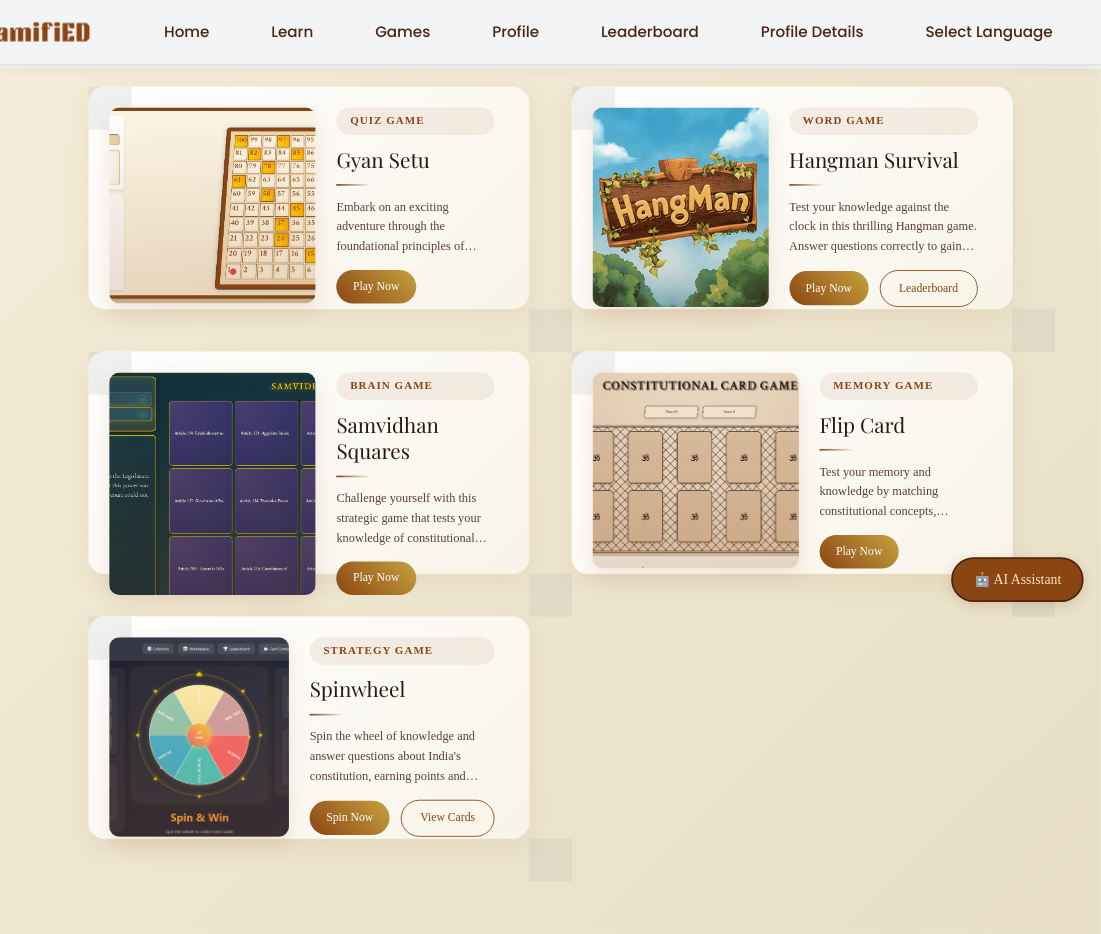
Repository: Team-4i/iks
Page: users/templates/users/game_library.html
The author's editor kept a copy of each file at every save. The page is drawn from the files as they stood at one save, then again after the next save.
The browser window is 1280 px wide. The pictures show the whole page, at 86% of full size.
Pictures or frames that could not be fetched are drawn as grey boxes. Some web fonts or font styles are not loaded; a fallback is used. Some web libraries are served in a nearby version. The template is drawn by Django 5.2. The application's start-up code is not run. Other server files are loaded and not shown. The template is opened directly, without the code that normally fills it, so the values that code supplies are empty.

Above is the page before, as saved 2025-04-18 23:11:32.

### users/templates/users/game_library.html
{% extends 'base.html' %}
{% load static %}

{% block content %}
<link rel="stylesheet" href="{% static 'css/game1.css' %}">
<div class="game-library">
    <div class="scroll-decoration top"></div>

    <div class="game-grid">
        <!-- Samvidhan Setu (Snake and Ladder) -->
        <div class="game-card">
            <div class="corner-flourish"></div>
            <div class="game-image">
                <img src="{% static 'images/snake_ladder.png' %}" alt="Samvidhan Setu Game">
                <div class="image-overlay"></div>
            </div>
            <div class="game-content">
                <span class="game-type">Quiz Game</span>
                <h3>Gyan Setu</h3>
                <div class="decorative-line"></div>
                <p>Embark on an exciting adventure through the foundational principles of India's Constitution with this unique twist on the classic Snake and Ladder game.</p>

                <div class="game-footer">
                    <a href="{% url 'snake_ladder:snake_ladder_intro' %}" class="play-btn">Play Now</a>
                </div>            </div>

            <div class="corner-flourish"></div>
        </div>

        <!-- Hangman Survival Game -->
        <div class="game-card">
            <div class="corner-flourish"></div>
            <div class="game-image">
                <img src="{% static 'images/hangman.jpg' %}" alt="Hangman Survival Game">
                <div class="image-overlay"></div>
            </div>
            <div class="game-content">
                <span class="game-type">Word Game</span>
                <h3>Hangman Survival</h3>
                <div class="decorative-line"></div>
                <p>Test your knowledge against the clock in this thrilling Hangman game. Answer questions correctly to gain time and survive as long as possible!</p>
                <div class="game-footer">
                    <a href="{% url 'hang:start_page' %}" class="play-btn">Play Now</a>
                    <a href="{% url 'hang:leaderboard' %}" class="play-btn">Leaderboard</a>
                </div>
            </div>

            <div class="corner-flourish"></div>
        </div>

        <!-- Samvidhan Squares -->
        <div class="game-card">
            <div class="corner-flourish"></div>
            <div class="game-image">
                <img src="{% static 'images/samvidhan_setu.png' %}" alt="Samvidhan Squares">
                <div class="image-overlay"></div>
            </div>
            <div class="game-content">
                <span class="game-type">Brain Game</span>
                <h3>Samvidhan Squares</h3>
                <div class="decorative-line"></div>
                <p>Challenge yourself with this strategic game that tests your knowledge of constitutional principles while competing to complete squares.</p>
                <div class="game-footer">
                    <a href="{% url 'housie_consti:housie_intro' %}" class="play-btn">Play Now</a>
                </div>
            </div>

            <div class="corner-flourish"></div>
        </div>

        <!-- Flip Card Game -->
        <div class="game-card">
            <div class="corner-flourish"></div>
            <div class="game-image">
                <img src="{% static 'images/memory.png' %}" alt="Flip Card Game">
                <div class="image-overlay"></div>
            </div>
            <div class="game-content">
                <span class="game-type">Memory Game</span>
                <h3>Flip Card</h3>
                <div class="decorative-line"></div>
                <p>Test your memory and knowledge by matching constitutional concepts, articles, and historical events in this engaging flip card challenge.</p>
                <div class="game-footer">
                    <a href="{% url 'flip_card:start_page' %}" class="play-btn">Play Now</a>
                </div>
            </div>

            <div class="corner-flourish"></div>
        </div>

        <!-- Spinwheel Game -->
        <div class="game-card">
            <div class="corner-flourish"></div>
            <div class="game-image">
                <img src="{% static 'images/spinwheel.png' %}" alt="Spinwheel Game">
                <div class="image-overlay"></div>
            </div>
            <div class="game-content">
                <span class="game-type">Strategy Game</span>
                <h3>Spinwheel</h3>
                <div class="decorative-line"></div>
                <p>Spin the wheel of knowledge and answer questions about India's constitution, earning points and unlocking new categories as you progress.</p>
                <div class="game-footer">
                    <a href="{% url 'spinwheel:spinwheel_intro' %}" class="play-btn">Spin Now</a>
                    <a href="{% url 'spinwheel:collection' %}" class="play-btn">View Cards</a>
                </div>
            </div>

            <div class="corner-flourish"></div>
        </div>
    </div>

    <div class="scroll-decoration bottom"></div>
</div>
{% endblock %}

### users/static/css/game1.css
.game-library {
    min-height: 100vh;
    padding: 100px 8% 60px;
    background: linear-gradient(135deg, #F4ECD8 0%, #E8DFC6 100%);
    position: relative;
    overflow-y: auto;
    overflow-x: hidden;
}



.game-grid {
    display: grid;
    grid-template-columns: repeat(2, 1fr);
    gap: 3rem;
    max-width: 1500px;
    margin-top: -5rem;
    height: auto;
    padding-bottom: 50px;
}

.game-card {
    display: grid;
    grid-template-columns: 1.2fr 1fr;
    gap: 2rem;
    background: linear-gradient(135deg, #FFFFFF 0%, #F8F4E9 100%);
    border-radius: 20px;
    padding: 1.5rem;
    position: relative;
    height: 280px;
    border: 1px solid rgba(198, 162, 63, 0.15);
    box-shadow: 0 10px 30px rgba(139, 69, 19, 0.08);
}

.corner-flourish {
    position: absolute;
    width: 50px;
    height: 50px;
    background-image: url('../images/corner-flourish.png');
    background-size: contain;
    opacity: 0.15;
    transition: all 0.4s ease;
}

.corner-flourish:nth-child(1) {
    top: 0;
    left: 0;
    transform-origin: top left;
}

.corner-flourish:nth-child(4) {
    bottom: 0;
    right: 0;
    transform: rotate(180deg);
    transform-origin: bottom right;
}

.game-image {
    height: 100%;
    border-radius: 12px;
    overflow: hidden;
    position: relative;
    box-shadow: 0 8px 25px rgba(139, 69, 19, 0.12);
}

.game-image img {
    width: 100%;
    height: 100%;
    object-fit: cover;
    transition: transform 0.6s cubic-bezier(0.4, 0, 0.2, 1);
}

.image-overlay {
    position: absolute;
    inset: 0;
    background: linear-gradient(
        to bottom,
        transparent 0%,
        rgba(139, 69, 19, 0.2) 100%
    );
    transition: opacity 0.3s ease;
}

.game-content {
    display: flex;
    flex-direction: column;
    height: 100%;
    padding-right: 1rem;
}

.content-top {
    flex: 1;
}

.game-type {
    display: inline-block;
    font-size: 0.8rem;
    color: #8B4513;
    font-weight: 600;
    letter-spacing: 1.2px;
    text-transform: uppercase;
    padding: 0.4rem 1rem;
    background: rgba(139, 69, 19, 0.08);
    border-radius: 30px;
    margin-bottom: 0.8rem;
}

.game-card h3 {
    font-family: 'Playfair Display', serif;
    font-size: 1.5rem;
    color: #2C1810;
    margin-bottom: 0.8rem;
    line-height: 1.3;
}

.decorative-line {
    width: 40px;
    height: 2px;
    background: linear-gradient(to right, #8B4513, transparent);
    margin-bottom: 0.8rem;
}

.game-card p {
    color: #5D4037;
    line-height: 1.6;
    font-size: 0.9rem;
    display: -webkit-box;
    -webkit-line-clamp: 3;
    -webkit-box-orient: vertical;
    overflow: hidden;
    margin-bottom: 1rem;
}

.game-footer {
    margin-top: auto;
    display: flex;
    gap: 1rem;
    align-items: center;
    align-self: flex-start;
}

.play-btn {
    background: linear-gradient(45deg, #8B4513, #C6A23F);
    color: #fff;
    padding: 0.7rem 1.4rem;
    border-radius: 30px;
    text-decoration: none;
    font-weight: 500;
    font-size: 0.9rem;
    transition: all 0.3s cubic-bezier(0.4, 0, 0.2, 1);
    border: none;
    display: inline-flex;
    align-items: center;
    gap: 0.5rem;
    white-space: nowrap;
}

.play-btn:nth-child(2) {
    background: transparent;
    color: #8B4513;
    border: 1px solid #8B4513;
    padding: 0.65rem 1.35rem;
}

.play-btn:nth-child(2):hover {
    background: rgba(139, 69, 19, 0.1);
    transform: translateY(-3px);
    box-shadow: 0 6px 15px rgba(139, 69, 19, 0.1);
}

.play-btn:hover {
    transform: translateY(-3px);
    box-shadow: 0 8px 20px rgba(139, 69, 19, 0.2);
}

.play-btn:hover::before {
    opacity: 1;
}

.game-card:hover {
    transform: translateY(-5px) rotateX(2deg);
    box-shadow: 0 15px 35px rgba(139, 69, 19, 0.15);
    border-color: rgba(139, 69, 19, 0.25);
}

.game-card:hover .game-image img {
    transform: scale(1.08);
}

.game-card:hover .corner-flourish {
    opacity: 0.3;
    transform: scale(1.1);
}

.game-card:hover .corner-flourish:nth-child(4) {
    transform: rotate(180deg) scale(1.1);
}

@media (max-width: 1400px) {
    .game-card {
        height: 260px;
        gap: 1.5rem;
    }

    .game-footer {
        gap: 0.8rem;
    }

    .play-btn {
        padding: 0.6rem 1.2rem;
        font-size: 0.85rem;
    }
}

@media (max-width: 1200px) {
    .game-card {
        height: 240px;
        grid-template-columns: 1fr 1fr;
        gap: 1.5rem;
    }

    .game-type {
        font-size: 0.75rem;
        padding: 0.3rem 0.8rem;
    }

    .game-card h3 {
        font-size: 1.3rem;
        margin-bottom: 0.6rem;
    }

    .game-card p {
        font-size: 0.85rem;
        -webkit-line-clamp: 2;
    }

    .game-content {
        padding-right: 0.5rem;
    }
}

@media (max-width: 992px) {
    .game-grid {
        gap: 1.5rem;
    }

    .game-footer {
        flex-wrap: nowrap;
        gap: 0.8rem;
    }

    .play-btn {
        flex: 1;
        justify-content: center;
        min-width: 120px;
    }
}

@media (max-width: 768px) {
    .game-grid {
        grid-template-columns: 1fr;
        max-width: 500px;
    }

    .game-card {
        grid-template-columns: 1fr;
        height: auto;
        padding: 1.2rem;
    }

    .game-image {
        height: 200px;
    }

    .game-content {
        padding: 1rem 0 0;
    }

    .game-footer {
        width: 100%;
        justify-content: flex-start;
    }

    .play-btn {
        flex: 1;
        justify-content: center;
        text-align: center;
    }
}

@media (max-width: 480px) {
    .game-card {
        padding: 1rem;
    }

    .game-image {
        height: 180px;
    }

    .game-footer {
        flex-direction: column;
    }

    .play-btn {
        width: 100%;
    }
}

@keyframes fadeInUp {
    from {
        opacity: 0;
        transform: translateY(30px);
    }
    to {
        opacity: 1;
        transform: translateY(0);
    }
}

.game-card {
    animation: fadeInUp 0.7s cubic-bezier(0.4, 0, 0.2, 1) forwards;
    animation-delay: calc(var(--card-index) * 0.15s);
}

Loaded but not shown: users/templates/base.html (753 lines, source omitted)

After the next save:
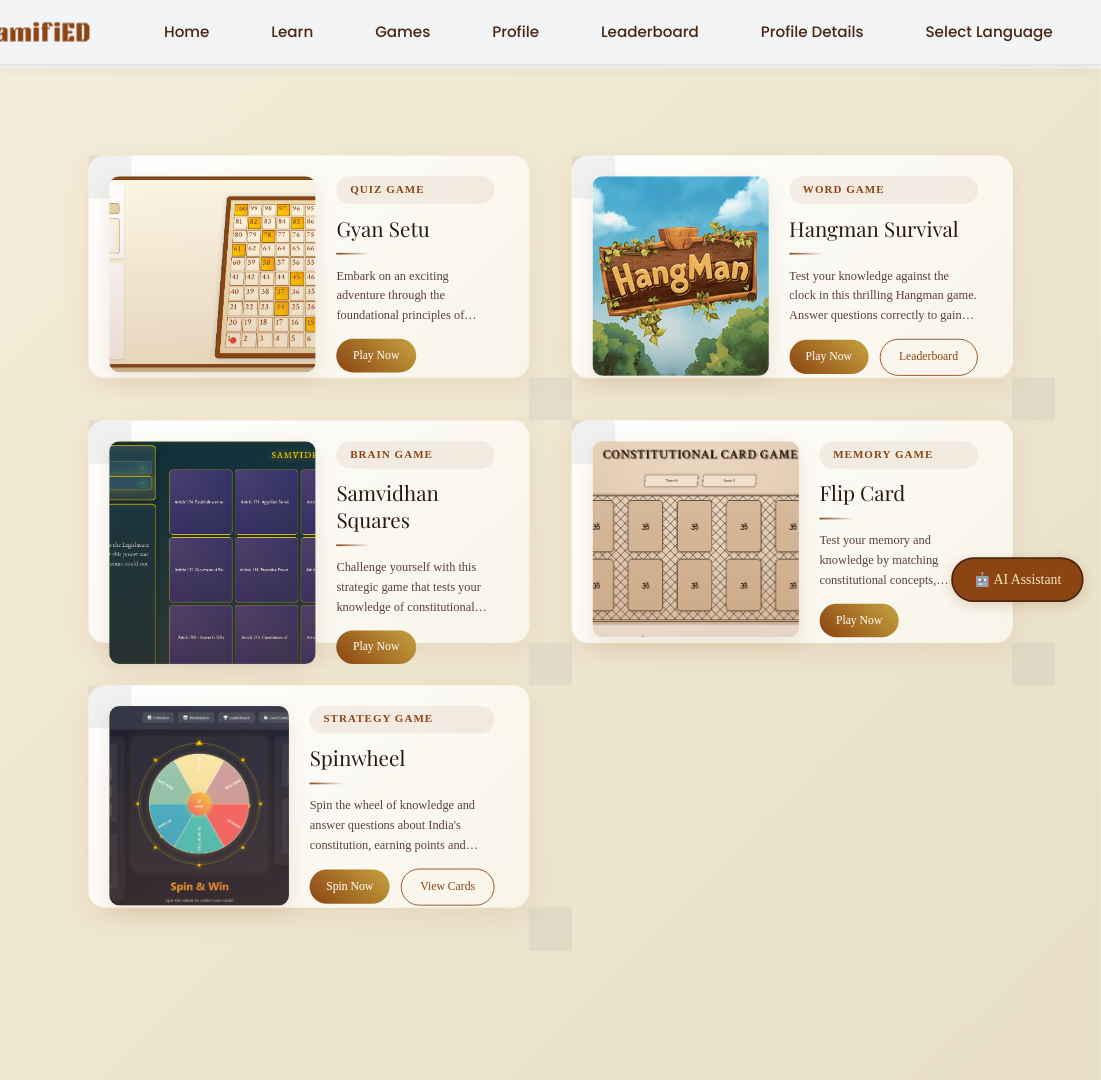
Saved 16 s later.
--- a/users/static/css/game1.css
+++ b/users/static/css/game1.css
@@ -1,22 +1,20 @@
 .game-library {
     min-height: 100vh;
-    padding: 100px 8% 60px;
+    padding: 100px 8% 100px;
     background: linear-gradient(135deg, #F4ECD8 0%, #E8DFC6 100%);
     position: relative;
-    overflow-y: auto;
+    overflow-y: visible;
     overflow-x: hidden;
 }
-
-
 
 .game-grid {
     display: grid;
     grid-template-columns: repeat(2, 1fr);
     gap: 3rem;
     max-width: 1500px;
-    margin-top: -5rem;
+    margin: 0 auto;
     height: auto;
-    padding-bottom: 50px;
+    padding-bottom: 100px;
 }
 
 .game-card {
